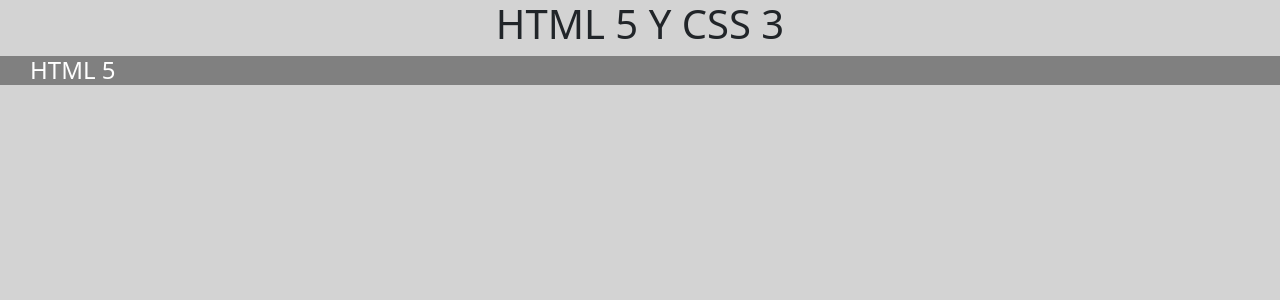
Repository: ScoggoDev/DesarrolloWeb
Page: tarea en equipo 1/ejercicio.html
An editor plug-in stored every save of this project. The page is shown before and after the next save, followed by the edit.
The browser window is 1280 px wide. The pictures show the whole page.

Above is the page before, as saved 2021-07-14 19:01:55.

After the next save:
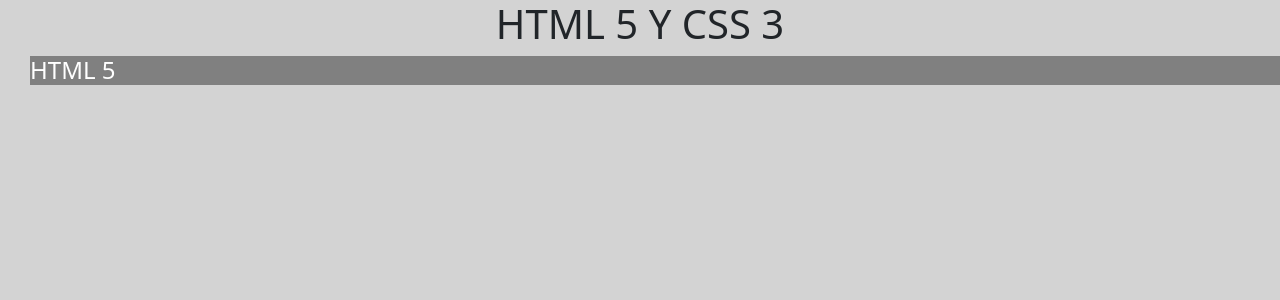
Saved 5 s later.
--- a/tarea en equipo 1/ejercicio.css
+++ b/tarea en equipo 1/ejercicio.css
@@ -5,6 +5,6 @@ body {
 h4 {
     background-color: grey;
     color: white;
-    padding-left: 30px;
+    margin-left: 30px;
     margin-right: 30;
 }
